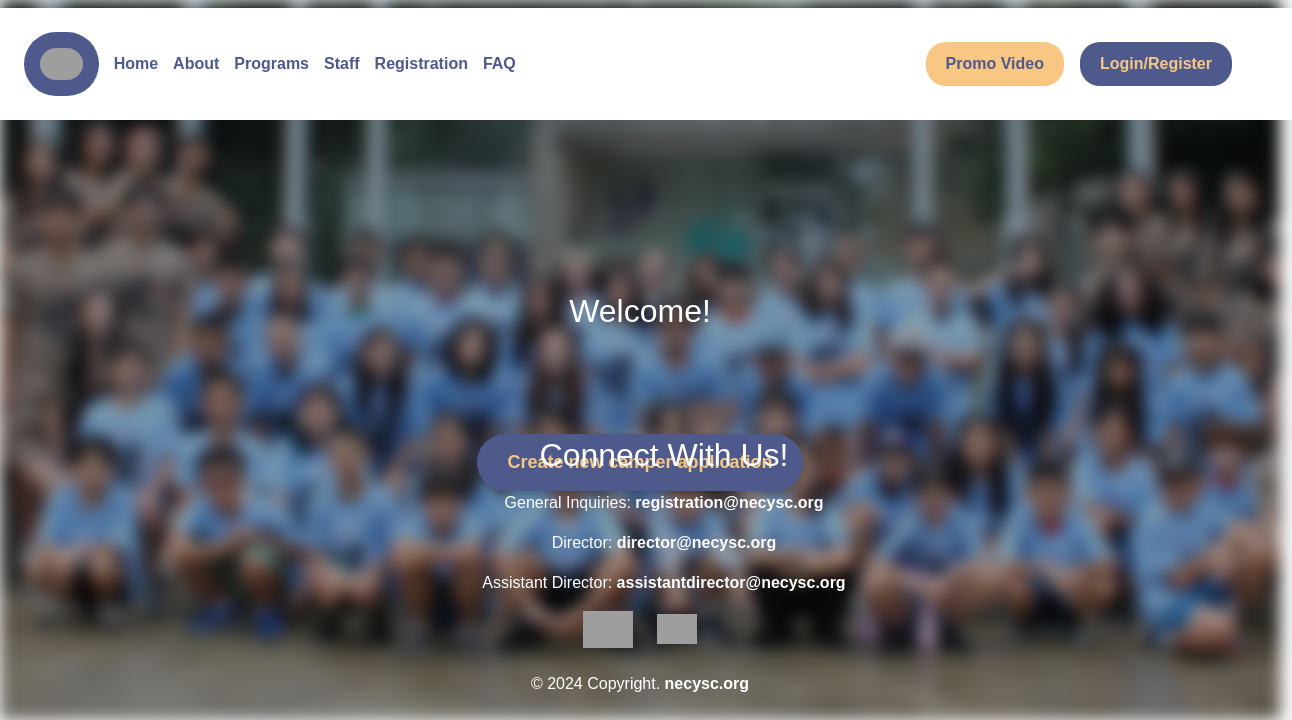
Repository: fullstackatbrown/project-necysc
Page: necysc_app/templates/necysc_app/applicant/index.html
These files come from the project's save history. The page is drawn as it stood at one moment and after the next save; the edit follows.
The browser window is 1280 px wide. The page is 1292 px wide, so the pictures cover 1292 px, including what lies to the right of the window. The pictures show the whole page.
Pictures or frames that could not be fetched are drawn as grey boxes. Some web fonts or font styles are not loaded; a fallback is used. The template is drawn by Django 5.2. The application's start-up code is not run. Other server files are loaded and not shown. The template is opened directly, without the code that normally fills it, so the values that code supplies are empty.

Above is the page before, as saved 2024-12-04 02:00:44.

### necysc_app/templates/necysc_app/applicant/index.html
{% extends "necysc_app/base.html" %}
{% load static %}
{% block title %} Applicant Portal {% endblock %}
{% block content %}
<link rel="stylesheet" href="{% static 'necysc_app/applicant_home.css' %}">

<style>
    body {
        background-color: #f8f9fa;
        margin: 0;
        padding: 0;
        height: 100%;
        width: 100%;
        overflow: hidden;
    }

    .background {
        position: fixed;
        top: 0;
        left: 0;
        width: 100%;
        height: 100%;
        z-index: -1;
        background-image: url("{% static 'necysc_app/images/necyscbannerimage.jpg' %}");
        background-size: cover;
        background-position: center;
        filter: blur(8px);
    }

    .container {
        position: relative;
        z-index: 1;
        background-color: rgba(255, 255, 255, 0.9);
        padding: 20px;
        border-radius: 10px;
        max-width: 1200px;
        margin: auto;
        margin-top: 20px;
    }

    h1, p, a, button {
        position: relative;
        z-index: 2;
    }

    .glow {
        transition: box-shadow 0.3s ease-in-out;
    }

    .glow:hover {
        box-shadow: 0 0 20px 2px rgba(0, 0, 0, 0.15);
    }
    </style>
    <div class="background"></div>

    <div class="content-container">

    <h2 class="welcome-title">Welcome!</h2>
</div>
{% if applications %}
    <div class="container mb-4">
        {% for application in applications %}
        <div class="card col-4 glow">
            <a href="{% url 'necysc_app:application_detail' application.id %}" class="application-card-link">
                <div class="card-body">
                    <h5 class="card-title"><span>{{ application.applicant_fname }}
                        {{ application.applicant_lname }}</span>
                        {% if application.app_status == 'A' %}
                        <span class="badge bg-success float-end">Accepted </span>
                        {% elif application.app_status == 'P' %}
                        <span class="badge bg-secondary float-end">Pending</span>
                        {% else %}
                        <span class="badge bg-danger float-end">Rejected</span>
                        {% endif %}

                    </h5>
                    <!-- horizontal line-->
                    <hr>
                    <p class="card-text fw-light">Year: {{application.app_year}}</p>
                    <p class="card-text m-0 fw-light">Health Status: {{application.health_record_status}}</p>
                </div>

            </a>
        </div>
        {% endfor %}
    </div>
{% endif %}


<div class="button-container">
    <a class="btn-purple enlarged-btn"
        href="{% url 'necysc_app:new_application' %}">Create new camper application</a>
</div>

<style>
    .button-container {
        display: flex;
        justify-content: center;
        align-items: flex-start; /* 对齐到顶部 */
        height: 1vh; /* 占页面高度的三分之一 */

    }
    .content-container {
        display: flex;
        flex-direction: column; /* 元素垂直排列 */
        justify-content: center; /* 垂直居中 */
        align-items: center; /* 水平居中 */
        height: 33vh; /* 占页面高度的三分之一 */
        margin-top: 5vh; /* 页面顶部留空 */
    }


/* 按钮样式 */
.btn-purple {
    background-color: #4e598c;
    color: #f9c784;
    transition: all 0.3s ease;
    border: none;
    padding: 15px 30px; /* 增加按钮的内边距 */
    cursor: pointer;
    font-size: 18px; /* 增大字体 */
    border-radius: 50px;
    box-shadow: 0 4px 6px rgba(0, 0, 0, 0.2); /* 添加轻微阴影效果 */
}

.btn-purple:hover {
    background-color: #f9c784;
    color: #ffffff;
}

/* 放大效果 */
.enlarged-btn {
    transform: scale(1); /* 默认比例 */
    transition: transform 0.3s ease;
}

.enlarged-btn:hover {
    transform: scale(1.2); /* 鼠标悬停时放大 */
}
</style>


{% endblock %}

### necysc_app/templates/necysc_app/base.html
<!DOCTYPE html>
<html lang="en">
	<!-- Header -->
	{% load static %} {% include 'necysc_app/header.html' %}

	<head>
		<!-- Required meta tags -->
		<meta charset="utf-8" />
		<meta name="viewport" content="width=device-width, initial-scale=1" />

		<!--Bootstrap CSS-->
		<link
			href="https://cdn.jsdelivr.net/npm/bootstrap@5.0.2/dist/css/bootstrap.min.css"
			rel="stylesheet"
			integrity="sha384-EVSTQN3/azprG1Anm3QDgpJLIm9Nao0Yz1ztcQTwFspd3yD65VohhpuuCOmLASjC"
			crossorigin="anonymous"
		/>

		<title>{% block title %} {% endblock %}</title>
		<link rel="preconnect" href="https://fonts.googleapis.com" />
		<link rel="preconnect" href="https://fonts.gstatic.com" crossorigin />
		<link
			href="https://fonts.googleapis.com/css2?family=Roboto+Mono:ital,wght@0,100..700;1,100..700&display=swap"
			rel="stylesheet"
		/>

		<!--global Hind font-->
		<link
			href="https://fonts.googleapis.com/css2?family=Hind:wght@400;500;600&display=swap"
			rel="stylesheet"
		/>
		<style>
			body {
				font-family: "Hind", sans-serif;
			}
		</style>

	</head>

	<body>
		<!-- Navbar -->
		{% include 'necysc_app/navbar.html' %}

		<!-- Content -->
		<div class="container">{% block content %} {% endblock %}</div>

		<!-- Footer -->
		{% include 'necysc_app/footer.html' %}

		<!--Bootstrap JavaScript Plugins-->
		<script
			src="https://cdn.jsdelivr.net/npm/bootstrap@5.0.2/dist/js/bootstrap.bundle.min.js"
			integrity="sha384-MrcW6ZMFYlzcLA8Nl+NtUVF0sA7MsXsP1UyJoMp4YLEuNSfAP+JcXn/tWtIaxVXM"
			crossorigin="anonymous"
		></script>
	</body>
</html>

### necysc_app/templates/necysc_app/header.html
<!-- Header -->
<head>
    <meta charset="UTF-8" />
    <!-- Bootstrap Imports -->
    <link
      href="https://cdn.jsdelivr.net/npm/bootstrap@5.0.2/dist/css/bootstrap.min.css"
      rel="stylesheet"
      integrity="sha384-EVSTQN3/azprG1Anm3QDgpJLIm9Nao0Yz1ztcQTwFspd3yD65VohhpuuCOmLASjC"
      crossorigin="anonymous"
    />
    <link
      href="https://cdn.jsdelivr.net/npm/bootstrap-icons@1.8.1/font/bootstrap-icons.css"
      rel="stylesheet"
    />
    <script
    src="https://cdn.jsdelivr.net/npm/bootstrap@5.0.2/dist/js/bootstrap.bundle.min.js"
    integrity="sha384-MrcW6ZMFYlzcLA8Nl+NtUVF0sA7MsXsP1UyJoMp4YLEuNSfAP+JcXn/tWtIaxVXM"
    crossorigin="anonymous"
    ></script>
    <meta name="viewport" content="width=device-width, initial-scale=1" />
    {% load static %}
    <link href="{% static 'necysc_app/style.css' %}" rel="stylesheet" />
    <link rel="icon" href="{%  static 'necysc_app/images/favicon.ico' %}">
</head>

### necysc_app/templates/necysc_app/navbar.html
<!DOCTYPE html>
<html>
<head>
    <title>Your Page Title</title>
    <style>
        a {
            font-weight: bold;
            text-decoration: none;
        }

        .dropdown {
            position: relative;
            display: inline-block;
        }

        .dropdown-content {
            display: none;
            position: absolute;
            background-color: #f9f9f9;
            min-width: 160px;
            box-shadow: 0px 8px 16px 0px rgba(0, 0, 0, 0.2);
            z-index: 10;
            top: 100%;
        }

        .dropdown-content a {
            color: #4e598c;
            padding: 12px 16px;
            text-decoration: none;
            display: block;
            transition: color 0.3s ease, background-color 0.3s ease;
        }

        .dropdown-content a:hover {
            background-color: #4e598c;
            color: #F9C784;
        }

        .dropdown:hover .dropdown-content {
            display: block;
        }

        .navbar-link {
            color: #4e598c;
            transition: color 0.3s ease;
        }

        .navbar-link:hover {
            color: #F9C784;
            background: #4e598c;
            transition: color 0.3s ease;
            padding: 10px 20px;
            border-radius: 9px;
        }

        .active {
            color: #F9C784;
            background: #4e598c;
            padding: 10px 20px;
            text-decoration: none;
            border-radius: 9px;
        }


        .btn-login {
            background-color: #4e598c;
            color: #F9C784;
            transition: all 0.3s ease;
            padding: 10px 20px;
            border-radius: 20px;
            display: inline-block;
            text-align: center;
        }

        .btn-login:hover {
            background-color: #F9C784;
            color: #FFFFFF;
        }

        .btn-padding {
            padding: 10px 20px;
            border-radius: 20px;
            display: inline-block;
            text-align: center;
            background: #F9C784;
            color: #4e598c;
            transition: all 0.3s ease;
        }

        .btn-padding:hover {
            background-color: #4e598c;
            color: #ffffff;
        }


        .col-auto {
            display: flex;
            align-items: center;
        }

        img {
            height: 4rem;
            max-width: 100%;
        }

        #logobutton {
            background-color: #4e598c;
            transition: all 0.3s ease;
        }

        #logobutton:hover {
            background-color: #F9C784;
            color: #FFFFFF;
        }
    </style>
</head>
<body>

<!-- navbar sticky -->
{% load static %}
<div class="row mt-2 pt-4 pb-4 mb-3 d-flex ps-4 pe-5 align-items-center gap-3 sticky-top bg-bi-white bg-white row">

    <input type="checkbox" id="menu-toggle" class="menu-toggle">
    <label for="menu-toggle" class="hamburger">
        &#9776;
    </label>

    <div class="nav-links">

        <div class="col-auto">
            <a href="{% url 'necysc_app:index' %}" id="logo-link">
                <img src="https://www.necysc.org/v2/images/logo2.png" alt="Your Image Description" id="logobutton" class="rounded-pill p-3"/>
            </a>
        </div>

        <div class="dropdown col-auto">
            {% if request.user.is_authenticated %}
            <a href="{% url 'necysc_app:home' %}" class="navbar-link {% if request.path == '/' %}active{% endif %}">Applicant Home</a>
            {% else %}
            <a href="{% url 'necysc_app:index' %}" class="navbar-link {% if request.path == '/' %}active{% endif %}">Home</a>
            {% endif %}
        </div>

        {% if not request.user.is_authenticated %}
        <div class="dropdown col-auto">
            <a href="{% url 'necysc_app:about' %}" class="navbar-link {% if request.path == '/about/' %}active{% endif %}">About</a>
            <div class="dropdown-content">
                <a href="{% url 'necysc_app:about' %}#sponsors">Sponsors</a>
                <a href="{% url 'necysc_app:about' %}#contact">Contact Us</a>
            </div>
        </div>

        <div class="dropdown col-auto">
            <a href="{% url 'necysc_app:programs' %}" class="navbar-link {% if request.path == '/programs/' %}active{% endif %}">Programs</a>
            <div class="dropdown-content">
                <a href="{% url 'necysc_app:programs' %}#day">Day Camp</a>
                <a href="{% url 'necysc_app:programs' %}#on">Overnight Camp</a>
                <a href="{% url 'necysc_app:programs' %}#ea">ExplorAsian</a>
            </div>
        </div>

        <div class="dropdown col-auto">
            <a href="{% url 'necysc_app:staff' %}" class="navbar-link {% if request.path == '/staff/' %}active{% endif %}">Staff</a>
            <div class="dropdown-content">
                <a href="{% url 'necysc_app:staff' %}#cit">CIT</a>
                <a href="{% url 'necysc_app:staff' %}#counselor">Counselor</a>
                <a href="{% url 'necysc_app:staff' %}#ra">RA</a>
                <a href="{% url 'necysc_app:staff' %}#ops">OPs</a>
                <a href="{% url 'necysc_app:staff' %}#committee">Committee</a>
            </div>
        </div>

        <div class="dropdown col-auto">
            <a href="{% url 'necysc_app:registration' %}" class="navbar-link {% if request.path == '/registration/' %}active{% endif %}">Registration</a>
            <div class="dropdown-content">
                <a href="{% url 'necysc_app:registration' %}#importantdates">2025 Important Dates</a>
                <a href="{% url 'necysc_app:registration' %}#financialaid">Financial Aid</a>
            </div>
        </div>

        <div class="dropdown col-auto">
            <a href="{% url 'necysc_app:faq' %}" class="navbar-link {% if request.path == '/faq/' %}active{% endif %}">FAQ</a>
            <div class="dropdown-content">
                <a href="{% url 'necysc_app:faq' %}#faqregistration">Registration</a>
                <a href="{% url 'necysc_app:faq' %}#faqleavingcamp">Leaves and Visits</a>
                <a href="{% url 'necysc_app:faq' %}#faqhealth">Health and Safety</a>
                <a href="{% url 'necysc_app:faq' %}#camp">Camp Activities</a>
            </div>
        </div>
        {% endif %}

        <div class="col-auto ms-auto">
            <a href="https://youtu.be/PPZ1zu8fGl0?si=h436QWcB9vHQeV_G" target="_blank" class="btn-padding me-3">Promo Video</a>
            {% if request.user.is_authenticated %}
            <a href="{% url 'necysc_app:logout' %}" class="btn-login">Logout</a>
            {% else %}
            <a href="{% url 'necysc_app:login' %}" class="btn-login">Login/Register</a>
            {% endif %}
        </div>
    </div>
</div>

</body>
</html>

### necysc_app/templates/necysc_app/footer.html
<!-- Footer -->
<footer class="pt-4" id="contact">


  <h2 class="ps-5 mb-3 mt-5 text-center" style="color: white;">Connect With Us!</h2>
  <p class="ps-5 text-center" style="color: white;">General Inquiries:
    <a href="mailto:registration@necysc.org" style="color: white">registration@necysc.org</a>
  </p>
  <p class="ps-5 text-center" style="color: white;"> Director:
    <a href="mailto:registration@necysc.org" style="color: white">director@necysc.org</a>
  </p>
  <p class="ps-5 text-center" style="color: white;"> Assistant Director:
    <a href="mailto:registration@necysc.org" style="color: white">assistantdirector@necysc.org</a>
  </p>

  <div class="row text-center align-items-center justify-content-center">
    <div class="col-auto">
        <a href="https://www.instagram.com/NECYSC/"  target="_blank">
            <img src="https://cdn.freebiesupply.com/images/large/2x/instagram-icon-white-on-black.png" alt="Instagram Logo" style="width: 50px; height: auto;">
        </a>
    </div>
    <div class="col-auto">
      <a href="https://www.facebook.com/NECYSC"target="_blank">
          <img src="https://www.freepnglogos.com/uploads/logo-facebook-png/logo-facebook-facebook-logo-png-transparent-svg-vector-bie-supply-18.png" alt="Facebook Logo" style="width: 40px; height: auto;">
      </a>
    </div>
  </div>


  <!-- Copyright -->

  <div class="text-center p-4" style="color: white;" >
    © 2024 Copyright.
    <a class="text-reset" href="https://necysc.org/">necysc.org</a>
  </div>

</footer>
<!-- Footer -->

### necysc_app/static/necysc_app/style.css
.hero-section {
  position: relative;
  background-size: cover;
  background-position: center;
  background-repeat: no-repeat;
  color: white;
  height: 60vh;
  display: flex;
  align-items: center;
  justify-content: center;
  overflow: hidden;
}

.hero-section .overlay {
  position: absolute;
  top: 0;
  left: 0;
  width: 100%;
  height: 100%;
  background-color: rgba(0, 0, 0, 0.5);
  z-index: 1;
}

.hero-section .position-relative {
  z-index: 2;
}

.btn-purple {
  background-color: #4e598c;
  color: #f9c784;
  transition: all 0.3s ease;
  padding: 10px 20px;
  border-radius: 20px;
  display: inline-block;
  text-align: center;
  text-decoration: none;
  outline: none;
  border: none;
}

.btn-purple:hover {
  background-color: #f9c784;
  color: #ffffff;
}


.accordion-item .accordion-button:not(.collapsed) {
  background-color: #4e598c; /* Darker purple when open */
  color: #ffffff; /* White text for contrast */
}


.menu-toggle {
  display: none;
}

.hamburger {
  display: none;
  font-size: 24px;
  cursor: pointer;
  color: #4e598c;
}


.nav-links {
  display: flex;
  gap: 15px;
}


@media (max-width: 768px) {
  .nav-links {
      display: none;
      flex-direction: column;
      background-color: white;
      position: absolute;
      top: 60px;
      right: 0;
      width: 100%;
      padding: 10px;
      z-index: 1000;
  }

  .menu-toggle:checked + .hamburger + .nav-links {
      display: flex;
  }

  .hamburger {
      display: block;
  }
}

.optional {
  color: gray;
  font-style: italic;
}

.white-link {
  color: #ffffff;
  text-decoration: none;
  transition: color 0.3s ease;
}

.white-link:hover {
  color: #cccccc;
}

.welcome-title {
  color: white;
}

footer {
  position: fixed;
  bottom: 0;
  left: 0;
  width: 100%;
  z-index: 10;
}

### necysc_app/static/necysc_app/applicant_home.css
.application-card-link {
  text-decoration: none; /* Remove underline */
  color: inherit; /* Inherit text color */
}

.application-card-link:hover {
  text-decoration: none; /* Remove underline */
  color: inherit; /* Inherit text color */
}

.application-card {
  display: flex;
  flex-direction: column;
  border: 1px solid #ccc;
  border-radius: 8px;
  padding: 15px;
  width: 300px;
  height: 180px;
  box-shadow: 0 2px 5px rgba(0, 0, 0, 0.1);
  background-color: #fff;
  position: relative;
  transition: transform 0.2s;
}

.application-card:hover {
  transform: scale(1.02);
  box-shadow: inset;
}

.application-card h2 {
  font-size: 1.5em;
  margin: 0 0 10px 0;
}

.application-card h3 {
  font-size: 1.2em;
  color: #555;
}

.application-card p {
  margin: 5px 0;
}


.status {
  border-radius: 5px;
  color: #fff;
  font-weight: bold;
  z-index: 1;
}

.status.a {
  background-color: rgba(0, 128, 0, 0.2);
  color: green;
}

.status.d {
  background-color: rgba(255, 0, 0, 0.2);
  color: red;
}

.status.p {
  background-color: rgba(255, 165, 0, 0.2);
  color: orange;
}

.status.i {
  background-color: rgba(0, 0, 255, 0.2);
  color: blue;
}

.glow {
  transition: box-shadow 0.3s ease-in-out;
}

.glow:hover {
  box-shadow: 0 0 20px 2px rgba(0, 0, 0, 0.15); /* Adjust the glow effect */
}

.btn-logout {
    display: inline-block;
    padding: 8px 15px;
    background-color: #ff4444;
    color: #fff;
    text-decoration: none;
    border-radius: 5px;
    font-weight: bold;
    transition: background-color 0.3s ease;
    cursor: pointer;
    margin: 10px 0;
}

.btn-logout:hover {
    background-color: #cc0000;
}

After the next save:
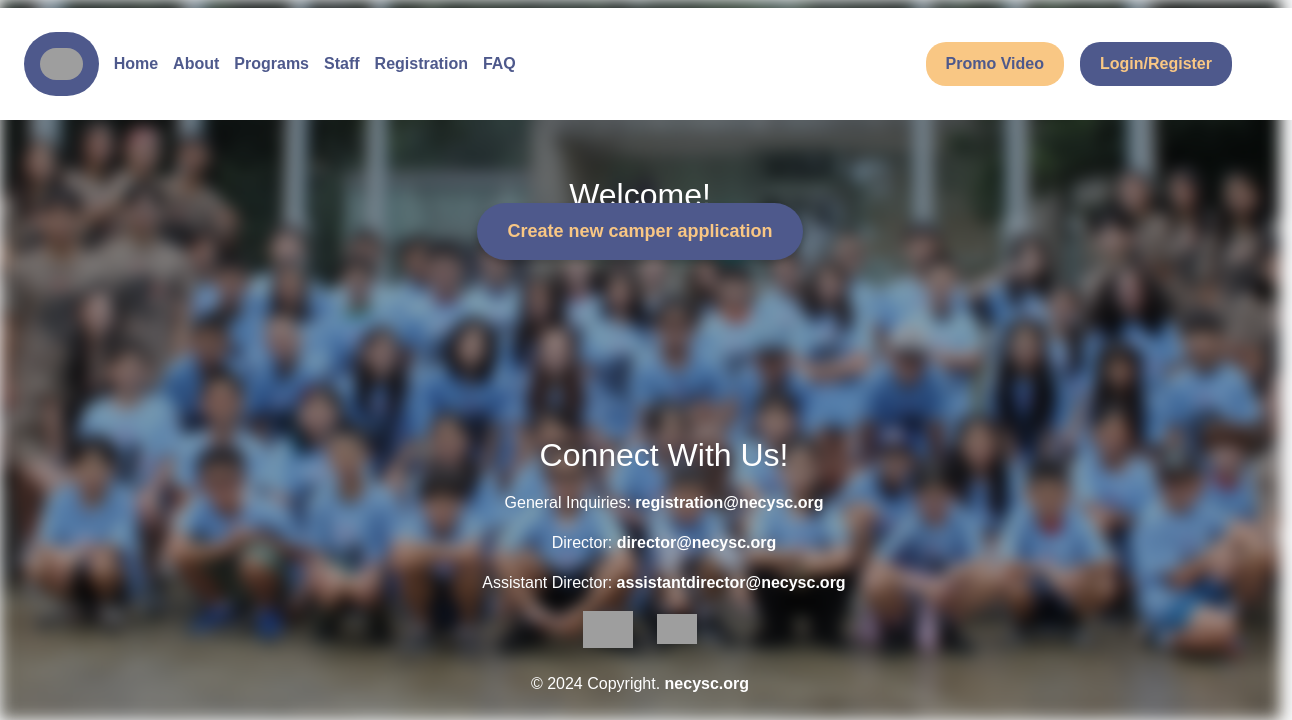
Saved 16 s later.
--- a/necysc_app/templates/necysc_app/applicant/index.html
+++ b/necysc_app/templates/necysc_app/applicant/index.html
@@ -105,7 +105,7 @@
         flex-direction: column; /* 元素垂直排列 */
         justify-content: center; /* 垂直居中 */
         align-items: center; /* 水平居中 */
-        height: 33vh; /* 占页面高度的三分之一 */
+        height: 1vh; /* 占页面高度的三分之一 */
         margin-top: 5vh; /* 页面顶部留空 */
     }
 
